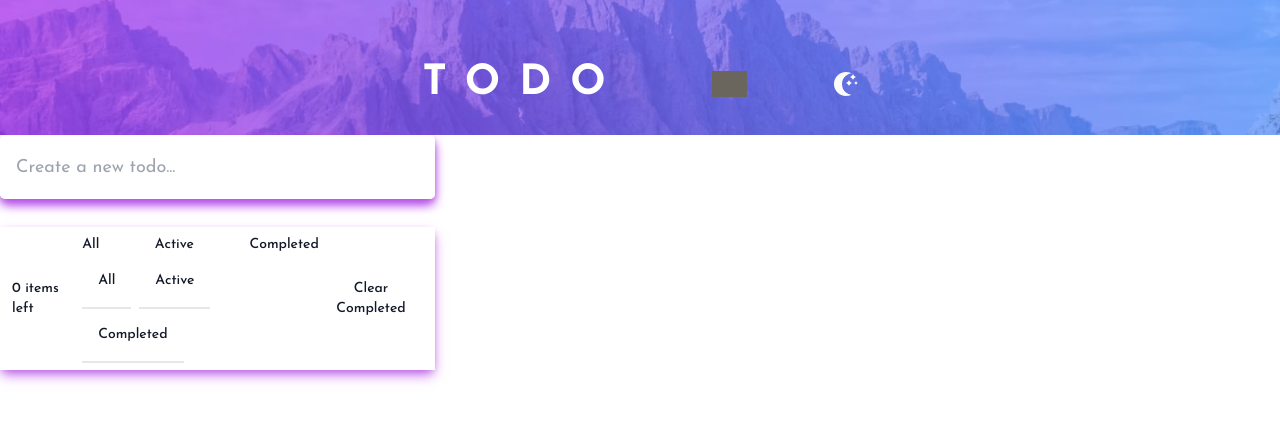
Repository: ikram-lisa/todo-list
Page: /
An editor plug-in stored every save of this project. The page is shown before and after the next save, followed by the edit.
The browser window is 1280 px wide. The pictures show the whole page.
Pictures or frames that could not be fetched are drawn as grey boxes. The project was rebuilt for these pictures with package versions that can differ from the ones it lists, and the page was loaded fresh each time. Also part of the build but not shown: vite.config.js.

Above is the page before, as saved 2024-05-15 09:13:14.

After the next save:
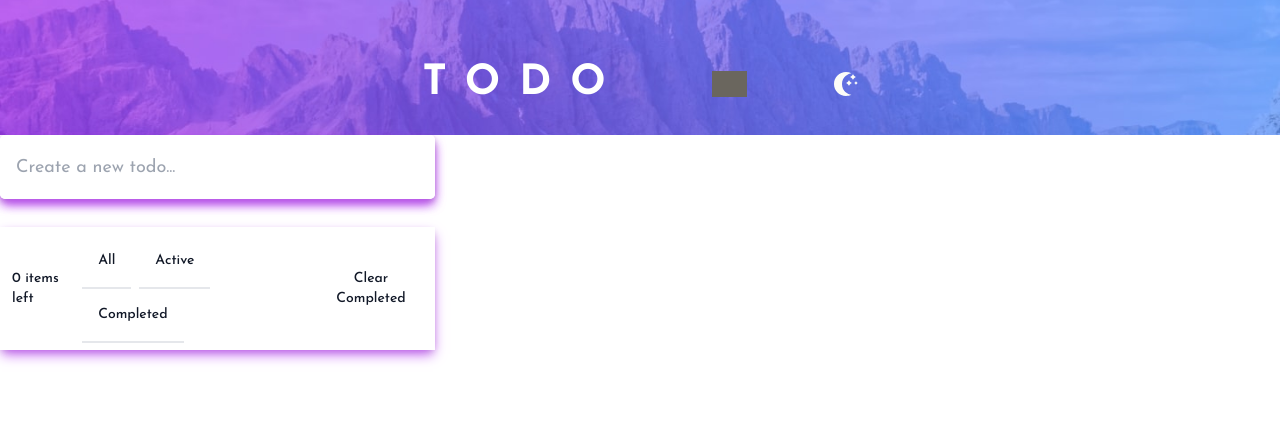
Saved 42 s later.
--- a/src/components/TabBar.jsx
+++ b/src/components/TabBar.jsx
@@ -1,11 +1,6 @@
 const Tab = () => {
   return (
     <>
-      <ul className="tab flex justify-between items-center">
-        <li>All</li>
-        <li>Active</li>
-        <li>Completed</li>
-      </ul>
       <ul
         className="flex flex-wrap -mb-px text-sm font-medium text-center"
         id="default-styled-tab"
